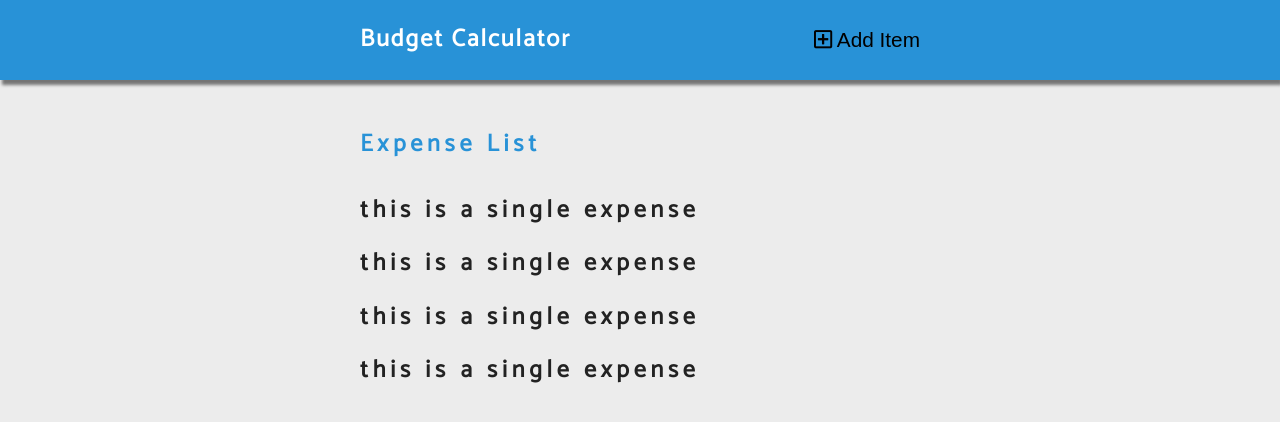
Repository: webdril/budget
Page: /
An editor plug-in stored every save of this project. The page is shown before and after the next save, followed by the edit.
The browser window is 1280 px wide. The pictures show the whole page.
The project was rebuilt for these pictures with package versions that can differ from the ones it lists, and the page was loaded fresh each time.

Above is the page before, as saved 2020-03-02 00:57:35.

After the next save:
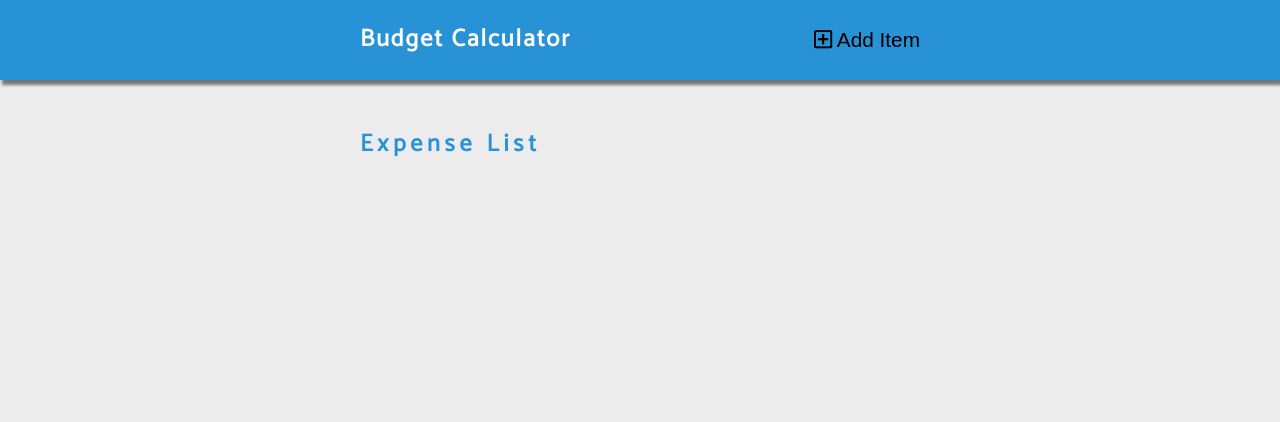
Saved 9 s later.
--- a/src/App.svelte
+++ b/src/App.svelte
@@ -14,5 +14,5 @@ let expenses = [...expensesData];
 
 <Navbar />
 <main class="content">
-	<ExpensesList {expenses}/>
+	<ExpensesList />
 </main>
